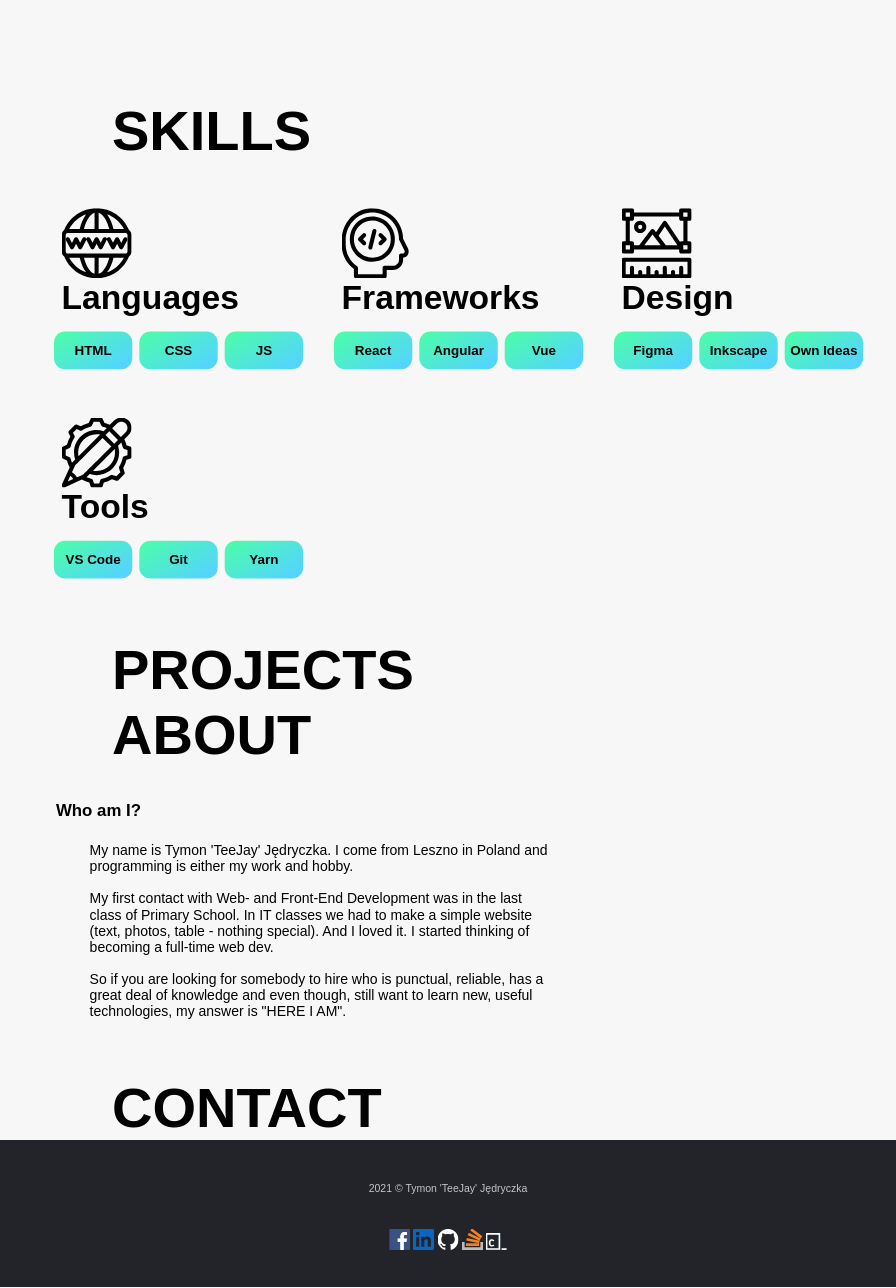
Repository: TeeJaysDev/Portfolio
Page: index.html
An editor plug-in stored every save of this project. The page is shown before and after a run of saves, followed by the edit.
The browser window is 1280 px wide. The pictures show the part of the page from y = 922 to 2842 px (the page is 2762 px tall before and 2842 px after), at 70% of full size.

Above is the page before, as saved 2021-04-24 21:56:32.

After the next 2 saves:
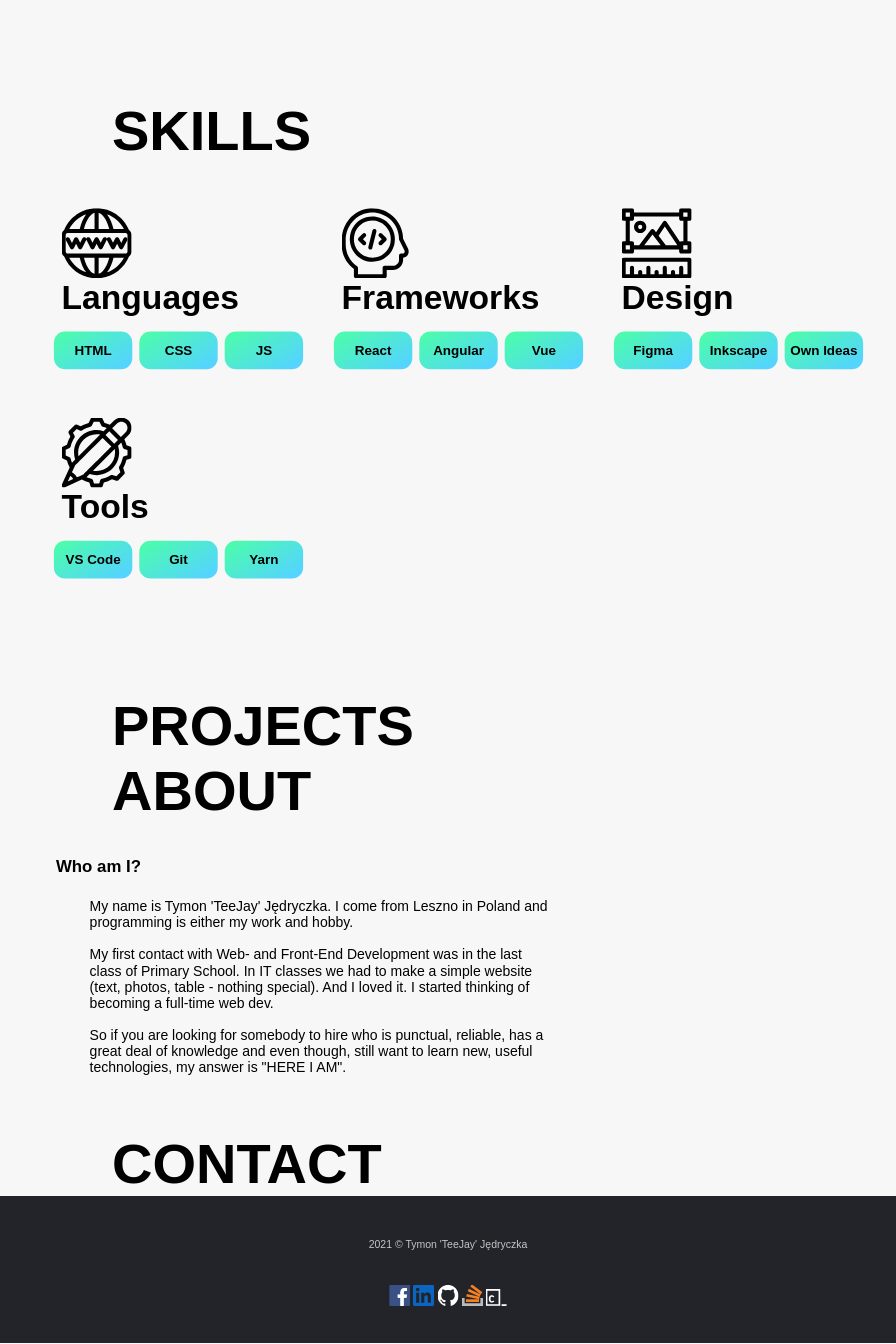
The 2 saves are shown as one change because they came seconds apart.
The last was saved 13 s later.
--- a/style.css
+++ b/style.css
@@ -108,7 +108,7 @@ h1 {
 
 #projects h1 {
     width: 15%;
-    margin-top: 5rem;
+    margin-top: 10rem;
 }
 
 #about h1 {
